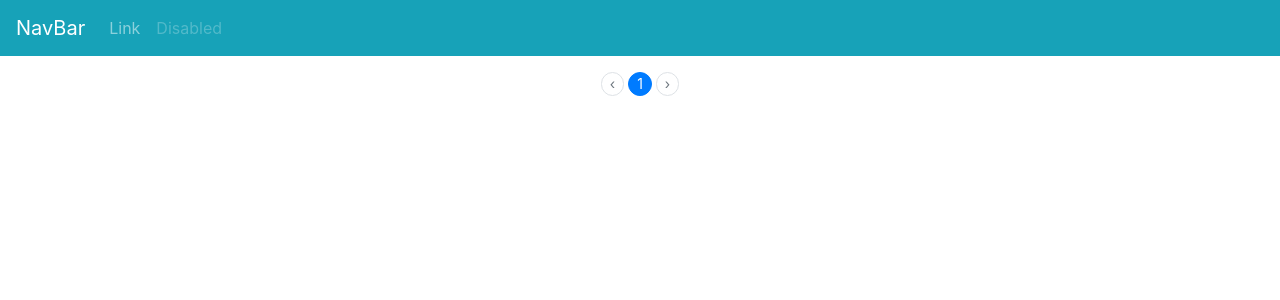
Repository: iian0910/bootstrapVue-demo
Page: /#/
An editor plug-in stored every save of this project. The page is shown before and after the next save, followed by the edit.
The browser window is 1280 px wide. The pictures show the whole page.
The page's requests for data from a server got no answer. The project was rebuilt for these pictures with package versions that can differ from the ones it lists, and the page was loaded fresh each time. No one was signed in, and anything a server would have sent is missing.

Above is the page before, as saved 2021-04-26 14:31:32.

### src/main.ts
import axios from 'axios'
import { BootstrapVue, IconsPlugin } from 'bootstrap-vue'
import 'bootstrap-vue/dist/bootstrap-vue.css'
// Import Bootstrap an BootstrapVue CSS files (order is important)
import 'bootstrap/dist/css/bootstrap.css'
import Vue from 'vue'
import VueAxios from 'vue-axios'
import App from './App.vue'
import router from './router'

// Make BootstrapVue available throughout your project
Vue.use(BootstrapVue)
// Optionally install the BootstrapVue icon components plugin
Vue.use(IconsPlugin)
Vue.use(VueAxios, axios)

Vue.config.productionTip = false

new Vue({
  router,
  render: h => h(App)
}).$mount('#app')

### src/App.vue
<template>
  <div id="app">
  <Main/>
  </div>
</template>

<script lang="ts">
import { Component, Vue } from 'vue-property-decorator'
import Main from './pages/Main.vue'

@Component({
  components: {
    Main
  }
})
export default class App extends Vue {}
</script>

<style lang="scss">

</style>

### src/router/index.ts
import Vue from 'vue'
import VueRouter from 'vue-router'

Vue.use(VueRouter)

const routes = [
  {
    path: '/',
    name: 'TablePagination',
    component: () => import('../components/TablePagination.vue')
  }
]

const router = new VueRouter({
  routes
})

export default router

### src/pages/Main.vue
<template>
  <div>
    <Navbar/>
    <router-view></router-view>
  </div>
</template>
<script lang="ts">
import { Component, Vue } from 'vue-property-decorator'
import Navbar from '../components/Navbar.vue'

@Component({
  components: {
    Navbar
  }
})
export default class Main extends Vue {

}
</script>
<style lang="scss">

</style>

### src/components/TablePagination.vue
<template>
  <div>
    <div class="container">
      <div class="row">
        <div class="col-10 offset-1">
          <!-- Table: 基本款 -->
          <!-- <b-table striped hover :items="sliceDate"></b-table> -->

          <!-- Table: 客製化 -->
          <b-table
            striped hover
            :items="sliceDate"
          >
            <template #cell(seq)="sliceDate">{{sliceDate.item.seq}}</template>
            <template #cell(materialYear)="sliceDate">{{sliceDate.item.materialYear}}</template>
            <template #cell(statisticsProject)="sliceDate">{{sliceDate.item.statisticsProject}}</template>
            <template #cell(taxCategory)="sliceDate">{{sliceDate.item.taxCategory}}</template>
            <template #cell(value)="sliceDate">
              <div class="text-left">{{sliceDate.item.value | currencyChange}}</div>
            </template>
            <template #cell(dataUnit)="sliceDate">{{sliceDate.item.dataUnit}}</template>
          </b-table>
          <!-- Pagination -->
          <div class="d-flex justify-content-center">
            <b-pagination
              v-model="currentPage"
              :total-rows="data.length"
              :per-page="perPage"
              pills
              first-number
              last-number
              size="sm"
              @click.native="sliceData(currentPage)"
            ></b-pagination>
          </div>
        </div>
      </div>
    </div>
  </div>
</template>

<script lang="ts">
import { Component, Prop, Emit, Vue } from 'vue-property-decorator'

// interFace
interface Data {
  seq: string;
  materialYear: string;
  statisticsProject: string;
  taxCategory: string;
  value: string;
  dataUnit: string;
}

// Component 宣告在最前面
@Component({
  filters: {
    currencyChange (val: string) {
      val = parseFloat(val.replace(/\s/g, '').replace(/,/g, ''))
        .toString()
        .replace(/\B(?=(\d{3})+(?!\d))/g, ',')
      if (val === 'NaN') {
        val = ''
      }
      return '$' + val
    }
  }
})

export default class TablePagination extends Vue {
  // Data
  private firstName = 'John'
  private lastName = 'Don'
  private apiURL = 'https://api.kcg.gov.tw/api/service/get/2c1d9959-d038-4918-bae3-409680f8193a'
  public data = []
  public sliceDate = []
  public parentSendData = 'parentSendData'
  public childSendData = ''
  public currentPage = 1 // 預設目前頁面
  public perPage = 10 // 每頁顯示項目數
  public sortBy = 'Value'
  public sortDesc = false

  // @Prop(props)
  @Prop()
  private msg!: string;

  // @Emit
  @Emit()
  private emitData (msg:string) {
    console.log(msg)
    this.childSendData = msg
  }

  // methods
  public hello () {
    console.log(this.firstName + ' ' + this.lastName)
  }

  private changeDataDTO (data:any) {
    this.data = data.map((res: any) => {
      const rowData = {} as Data
      rowData.seq = res.seq
      rowData.materialYear = res.資料年度
      rowData.statisticsProject = res.統計項目
      rowData.taxCategory = res.稅目別
      rowData.value = res.值
      rowData.dataUnit = res.資料單位
      return rowData
    })
  }

  private sliceData (currentPage: number) {
    this.sliceDate = this.data.slice(this.perPage * currentPage - this.perPage, this.perPage * currentPage)
  }

  // 生命週期
  public mounted () {
    this.$http.get(this.apiURL).then((res) => {
      this.data = res.data.data
      this.changeDataDTO(this.data)
      this.sliceData(this.currentPage)
    })
  }
}
</script>

<!-- Add "scoped" attribute to limit CSS to this component only -->
<style scoped lang="scss">
h3 {
  margin: 40px 0 0;
}
ul {
  list-style-type: none;
  padding: 0;
}
li {
  display: inline-block;
  margin: 0 10px;
}
a {
  color: #42b983;
}
</style>

### src/components/Navbar.vue
<template>
  <div>
    <b-navbar toggleable="lg" type="dark" variant="info">
      <b-navbar-brand href="#">NavBar</b-navbar-brand>

      <b-navbar-toggle target="nav-collapse"></b-navbar-toggle>

      <b-collapse id="nav-collapse" is-nav>
        <b-navbar-nav>
          <b-nav-item href="#">Link</b-nav-item>
          <b-nav-item href="#" disabled>Disabled</b-nav-item>
        </b-navbar-nav>
      </b-collapse>
    </b-navbar>
  </div>
</template>

<script lang="ts">
import { Component, Vue } from 'vue-property-decorator'

// Component 宣告在最前面
@Component({
  components: {

  }
})

export default class Navbar extends Vue {

}
</script>

Loaded but not shown: public/index.html (common file)

After the next save:
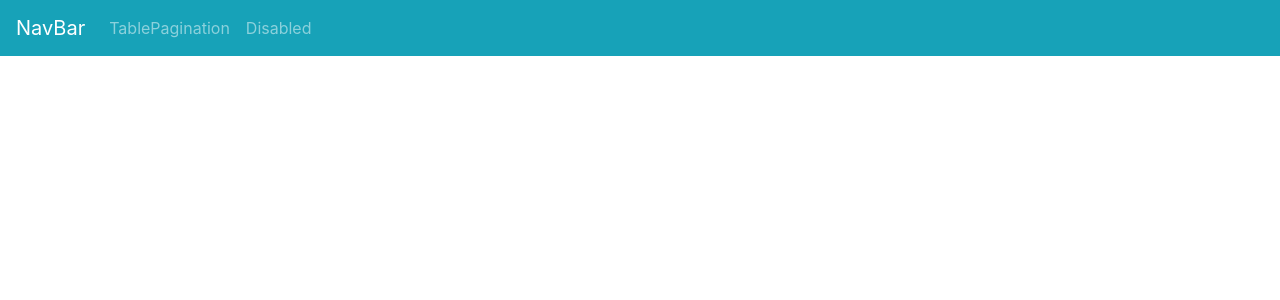
Saved 50 s later.
--- a/src/router/index.ts
+++ b/src/router/index.ts
@@ -5,7 +5,7 @@
 
 const routes = [
   {
-    path: '/',
+    path: '/tablePagination',
     name: 'TablePagination',
     component: () => import('../components/TablePagination.vue')
   }
--- a/src/components/Navbar.vue
+++ b/src/components/Navbar.vue
@@ -7,8 +7,8 @@
 
       <b-collapse id="nav-collapse" is-nav>
         <b-navbar-nav>
-          <b-nav-item href="#">Link</b-nav-item>
-          <b-nav-item href="#" disabled>Disabled</b-nav-item>
+          <b-nav-item to="/tablePagination">TablePagination</b-nav-item>
+          <b-nav-item href="#">Disabled</b-nav-item>
         </b-navbar-nav>
       </b-collapse>
     </b-navbar>
